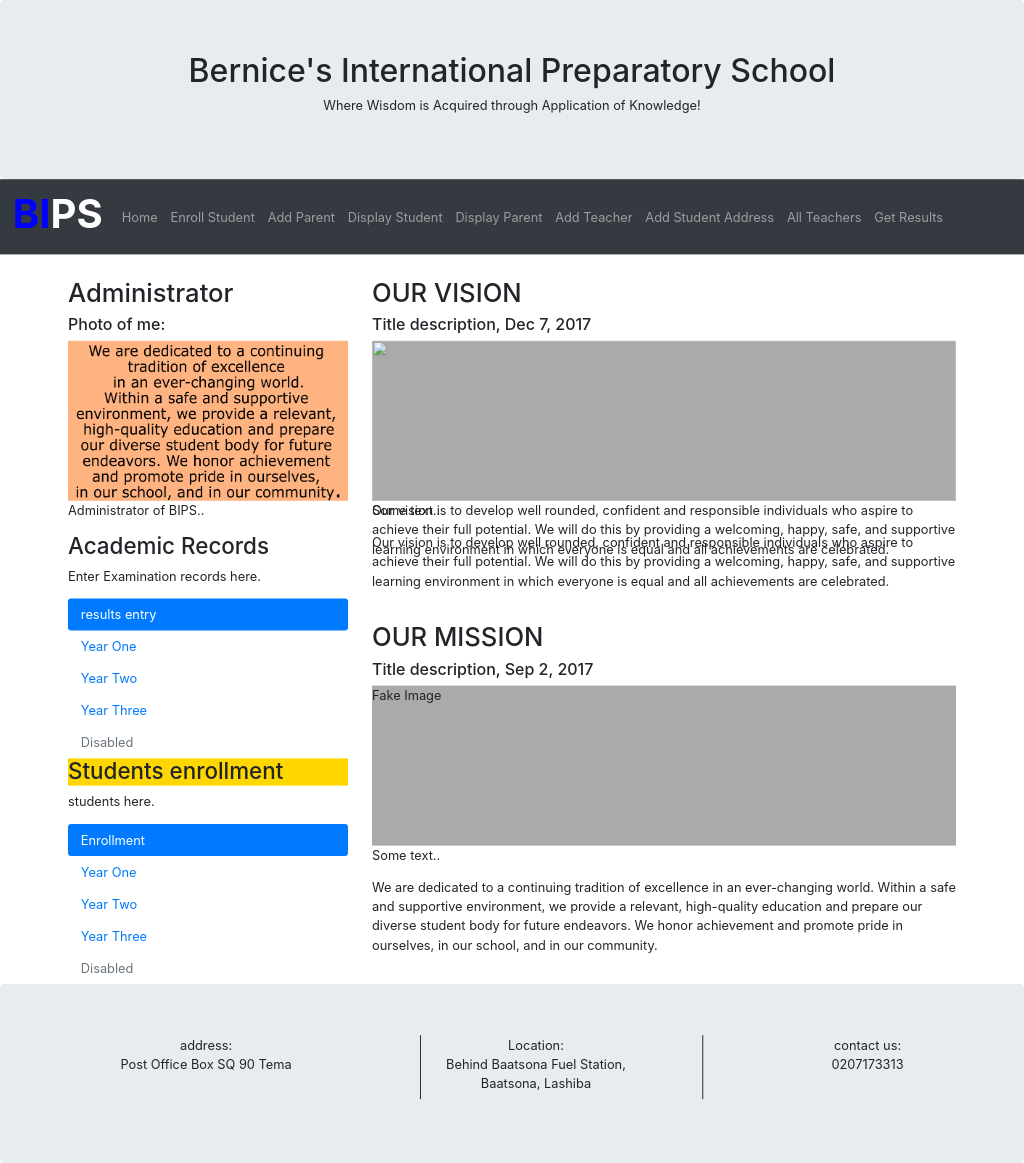
Repository: joseackah/eclipse-workspace
Page: http://localhost/com.school.mgt.system.Front.End/WEB-INF/views/adminPageExample.jsp
The author's editor kept a copy of each file at every save. The page is drawn from the files as they stood at one save, then again after the next save.
The browser window is 1280 px wide. The pictures show the whole page, at 80% of full size.
The page is served by Tomcat 9. Nobody is signed in. The template is opened directly, without the code that normally fills it, so the values that code supplies are empty.

Above is the page before, as saved 2021-08-12 21:46:19.

After the next save:
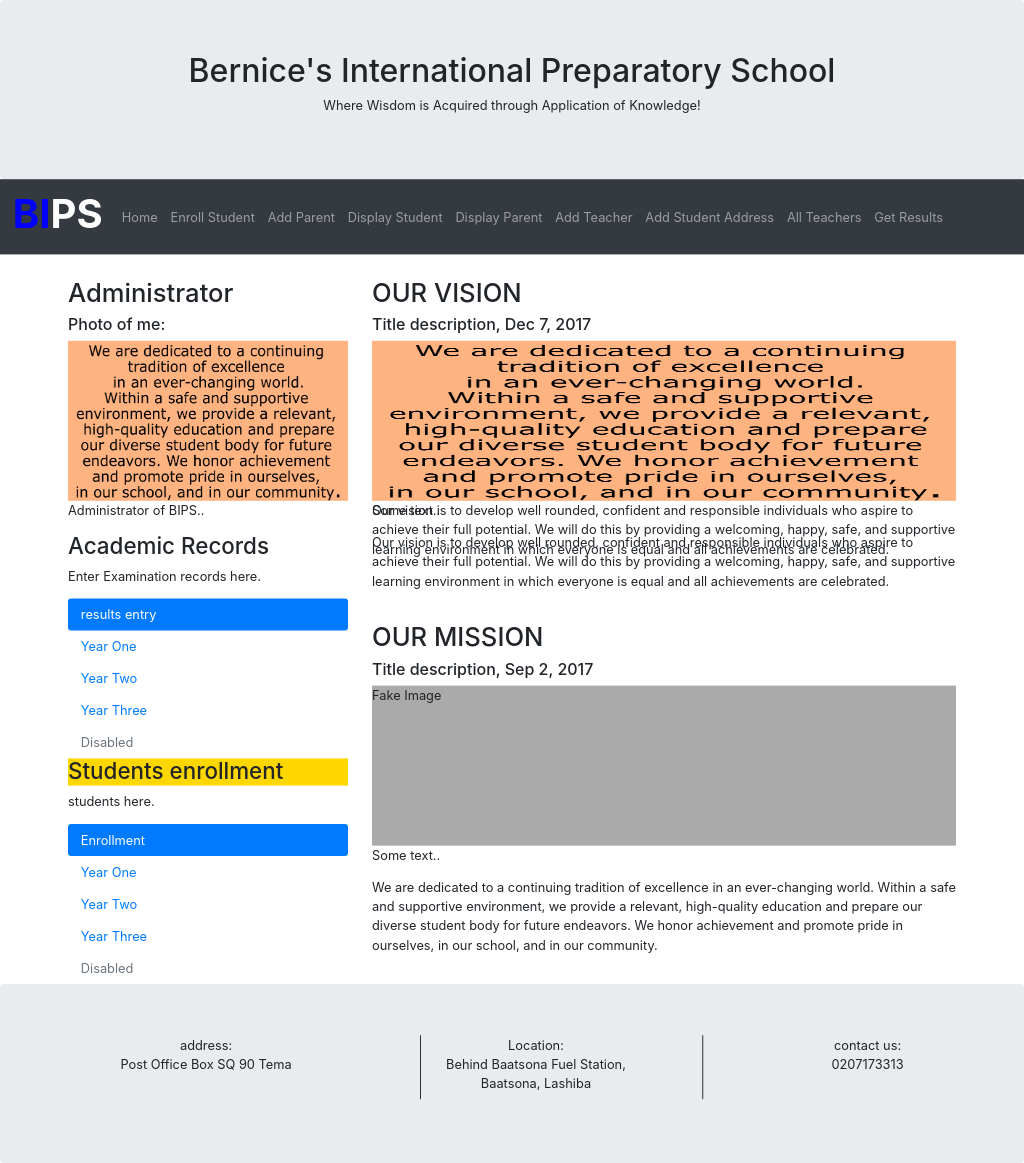
Saved 34 s later.
--- a/com.school.mgt.system.Front.End/src/main/webapp/WEB-INF/views/adminPageExample.jsp
+++ b/com.school.mgt.system.Front.End/src/main/webapp/WEB-INF/views/adminPageExample.jsp
@@ -123,7 +123,7 @@
     <div class="col-sm-8">
       <h2>OUR VISION</h2>
       <h5>Title description, Dec 7, 2017</h5>
-      <div class="fakeimg"> <img alt="" src=""${pageContext.request.contextPath}/resources/png/mission.png" style="width:100%; height:100%;""> Our vision is to develop well rounded, confident and responsible individuals who aspire to achieve their full potential. We will do this by providing a welcoming, happy, safe, and supportive learning environment in which everyone is equal and all achievements are celebrated. </div>
+      <div class="fakeimg"> <img alt="" src="${pageContext.request.contextPath}/resources/png/mission.png" style="width:100%; height:100%;"> Our vision is to develop well rounded, confident and responsible individuals who aspire to achieve their full potential. We will do this by providing a welcoming, happy, safe, and supportive learning environment in which everyone is equal and all achievements are celebrated. </div>
       <p>Some text..</p>
       <p>Our vision is to develop well rounded, confident and responsible individuals who aspire to achieve their full potential. We will do this by providing a welcoming, happy, safe, and supportive learning environment in which everyone is equal and all achievements are celebrated. </p>
 
